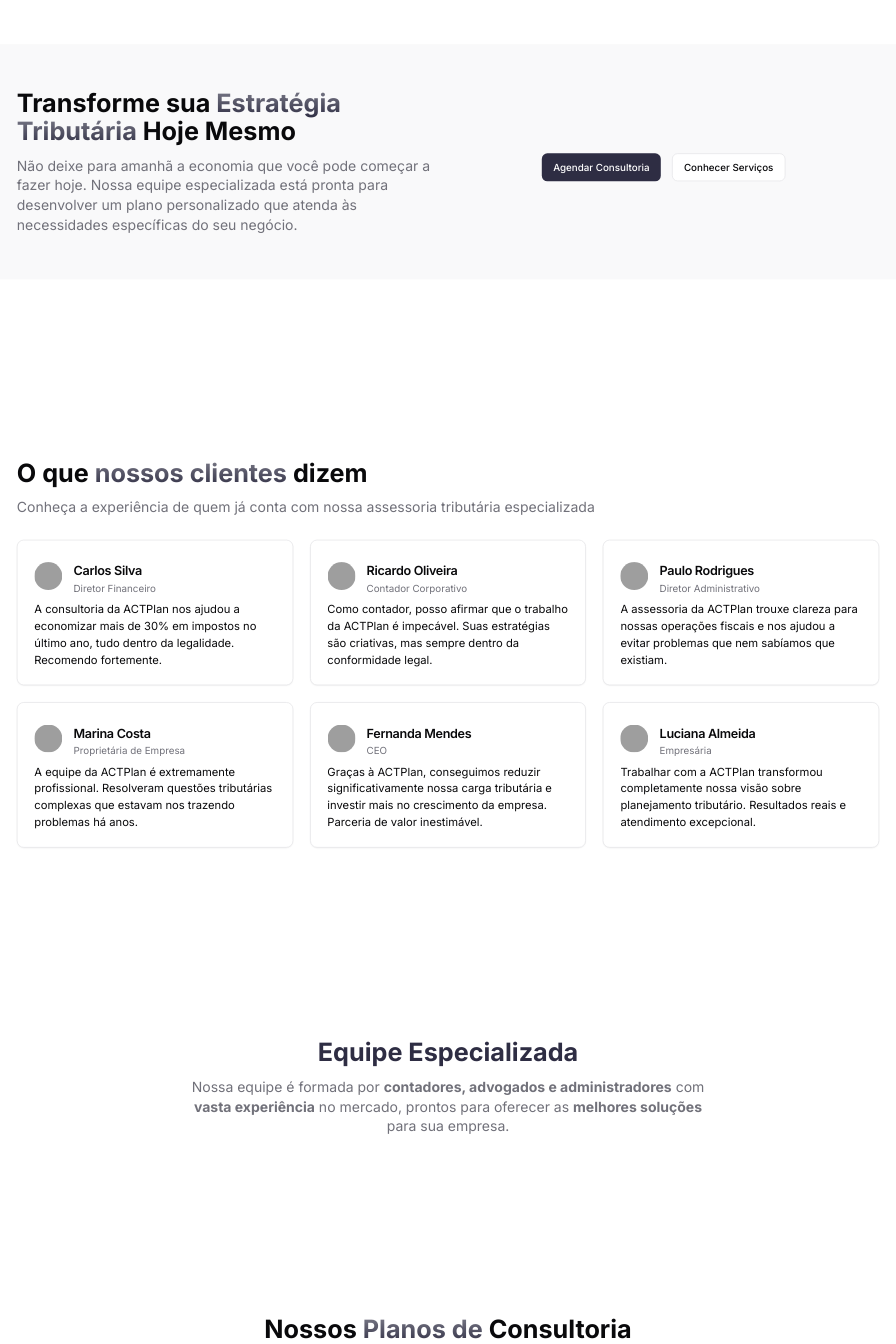
Repository: xoiurp/actplan-landing-page
Page: / (app in shadcn-landing-page-main/)
An editor plug-in stored every save of this project. The page is shown before and after a run of saves, followed by the edit.
The browser window is 1280 px wide. The pictures show the part of the page from y = 4580 to 6500 px (the page is 8630 px tall before and 8602 px after), at 70% of full size.
Pictures or frames that could not be fetched are drawn as grey boxes. The project was rebuilt for these pictures with package versions that can differ from the ones it lists, and the page was loaded fresh each time. Also part of the build but not shown: shadcn-landing-page-main/vite.config.ts.

Above is the page before, as saved 2025-06-24 17:35:47.

### shadcn-landing-page-main/index.html
<!DOCTYPE html>
<html lang="en">
  <head>
    <meta charset="UTF-8" />
    <link
      rel="icon"
      type="image/svg+xml"
      href="/src/assets/fav-icon.svg"
    />
    <!-- href="/vite.svg" -->
    <meta
      name="viewport"
      content="width=device-width, initial-scale=1.0"
    />
    <link rel="preconnect" href="https://fonts.googleapis.com">
    <link rel="preconnect" href="https://fonts.gstatic.com" crossorigin>
    <link href="https://fonts.googleapis.com/css2?family=Inter:wght@100..900&display=swap" rel="stylesheet">

    <!-- Primary Meta Tags -->
    <title>ACTPlan - Assessoria Tributária Especializada</title>
    <meta
      name="title"
      content="ACTPlan - Assessoria Tributária Especializada"
    />
    <meta
      name="description"
      content="Maximize a eficiência tributária do seu negócio com nossa assessoria especializada. Otimize seus impostos com segurança e conformidade legal."
    />
    <meta
      name="keywords"
      content="assessoria tributária, planejamento tributário, consultoria fiscal, economia de impostos, regularização tributária, defesa tributária"
    />
    <!-- Open Graph / Facebook -->
    <meta
      property="og:type"
      content="website"
    />
    <meta
      property="og:url"
      content="https://actplanconcetoria.com"
    />
    <meta
      property="og:title"
      content="ACTPlan - Assessoria Tributária Especializada"
    />
    <meta
      property="og:description"
      content="Maximize a eficiência tributária do seu negócio com nossa assessoria especializada. Otimize seus impostos com segurança e conformidade legal."
    />
    <meta
      property="og:image"
      content="https://actplanconcetoria.com/og-image.jpg"
    />

    <!-- Twitter -->
    <meta
      name="twitter:card"
      content="summary_large_image"
    />

    <meta
      name="twitter:url"
      content="https://actplanconcetoria.com"
    />
    <meta
      name="twitter:title"
      content="ACTPlan - Assessoria Tributária Especializada"
    />
    <meta
      name="twitter:description"
      content="Maximize a eficiência tributária do seu negócio com nossa assessoria especializada. Otimize seus impostos com segurança e conformidade legal."
    />
    <meta
      name="twitter:image"
      content="https://actplanconcetoria.com/og-image.jpg"
    />
  </head>
  <body>
    <div id="root"></div>
    <script
      type="module"
      src="/src/main.tsx"
    ></script>
  </body>
</html>

### shadcn-landing-page-main/src/App.tsx
import { About } from "./components/About";
import { Cta } from "./components/Cta";
import { FAQ } from "./components/FAQ";
import { Features } from "./components/Features";
import { Footer } from "./components/Footer";
import { Hero } from "./components/Hero";
import { HowItWorks } from "./components/HowItWorks";
import { Navbar } from "./components/Navbar";
import { Newsletter } from "./components/Newsletter";
import { Pricing } from "./components/Pricing";
import { ScrollToTop } from "./components/ScrollToTop";
import { Services } from "./components/Services";
import { Sponsors } from "./components/Sponsors";
import { Team } from "./components/Team";
import { Testimonials } from "./components/Testimonials";
import "./App.css";

function App() {
  return (
    <>
      <div className="bg-gradient-to-b from-white to-[#E9E9E9]">
        <Navbar />
        <Hero />
      </div>
      <Sponsors />
      <About />
      <HowItWorks />
      <Features />
      <Services />
      <Cta />
      <Testimonials />
      <Team />
      <Pricing />
      <Newsletter />
      <FAQ />
      <Footer />
      <ScrollToTop />
    </>
  );
}

export default App;

### shadcn-landing-page-main/src/index.css
html {
  scroll-behavior: smooth;
  font-family: 'Inter', sans-serif;
}

body {
  font-family: 'Inter', sans-serif;
}

### shadcn-landing-page-main/src/components/Cta.tsx
import { Button } from "./ui/button";

export const Cta = () => {
  return (
    <section
      id="cta"
      className="bg-muted/50 py-16 my-24 sm:my-32"
    >
      <div className="container lg:grid lg:grid-cols-2 place-items-center">
        <div className="lg:col-start-1">
          <h2 className="text-3xl md:text-4xl font-bold ">
            Transforme sua
            <span className="bg-gradient-to-b from-primary/60 to-primary text-transparent bg-clip-text">
              {" "}
              Estratégia Tributária{" "}
            </span>
            Hoje Mesmo
          </h2>
          <p className="text-muted-foreground text-xl mt-4 mb-8 lg:mb-0">
            Não deixe para amanhã a economia que você pode começar a fazer hoje. Nossa equipe especializada está pronta para desenvolver um plano personalizado que atenda às necessidades específicas do seu negócio.
          </p>
        </div>

        <div className="space-y-4 lg:col-start-2">
          <Button className="w-full md:mr-4 md:w-auto">Agendar Consultoria</Button>
          <Button
            variant="outline"
            className="w-full md:w-auto"
          >
            Conhecer Serviços
          </Button>
        </div>
      </div>
    </section>
  );
};

### shadcn-landing-page-main/src/components/Hero.tsx
import { Button } from "./ui/button";
import { HeroCards } from "./HeroCards";
import { Input } from "./ui/input";

export const Hero = () => {
  return (
    <section className="container flex flex-col lg:flex-row items-center justify-between py-20 md:py-32 gap-10 relative overflow-hidden">
      <div className="text-center lg:text-start space-y-6 lg:max-w-[45%]">
        <main className="text-5xl md:text-6xl font-extrabold">
          <h1 className="text-primary">
            Qual é o seu plano para sobreviver?
          </h1>
        </main>

        <p className="text-xl text-muted-foreground md:w-10/12 mx-auto lg:mx-0">
          Em um cenário de alta carga tributária no Brasil, conte com nossa assessoria especializada para maximizar a eficiência tributária da sua empresa, garantindo conformidade legal e economia inteligente.
        </p>

        <div className="flex flex-col md:flex-row items-center gap-2 mt-8 w-full md:w-4/5">
          <div className="relative w-full">
            <Input
              type="email"
              placeholder="Seu melhor e-mail"
              className="pr-32 h-12 bg-background border-muted-foreground/20"
            />
            <Button className="absolute right-0 top-0 h-12 rounded-l-none">
              Enviar
            </Button>
          </div>
        </div>

        <div className="pt-2">
          <a
            rel="noreferrer noopener"
            href="#about"
            className="text-sm text-muted-foreground hover:text-primary transition-colors"
          >
            Ou conheça mais sobre nossos serviços
          </a>
        </div>
      </div>

      {/* Hero cards sections */}
      <div className="z-10 relative lg:max-w-[55%]">
        <HeroCards />
      </div>

      {/* Background grid pattern */}
      <div className="absolute top-0 left-0 w-full h-full -z-20 opacity-5">
        <div className="w-full h-full grid grid-cols-12 grid-rows-12 gap-4">
          {Array.from({ length: 144 }).map((_, i) => (
            <div key={i} className="border border-primary/30 rounded-sm"></div>
          ))}
        </div>
      </div>
    </section>
  );
};

### shadcn-landing-page-main/src/components/Newsletter.tsx
import { Button } from "./ui/button";
import { Input } from "./ui/input";

export const Newsletter = () => {
  const handleSubmit = (e: any) => {
    e.preventDefault();
    console.log("Subscribed!");
  };

  return (
    <section id="newsletter">
      <hr className="w-11/12 mx-auto" />

      <div className="container py-24 sm:py-32">
        <h3 className="text-center text-4xl md:text-5xl font-bold">
          Receba Nossas{" "}
          <span className="bg-gradient-to-b from-primary/60 to-primary text-transparent bg-clip-text">
            Atualizações
          </span>
        </h3>
        <p className="text-xl text-muted-foreground text-center mt-4 mb-8">
          Fique por dentro das novidades fiscais e oportunidades de economia tributária.
        </p>

        <form
          className="flex flex-col w-full md:flex-row md:w-6/12 lg:w-4/12 mx-auto gap-4 md:gap-2"
          onSubmit={handleSubmit}
        >
          <Input
            placeholder="seuemail@empresa.com.br"
            className="bg-muted/50 dark:bg-muted/80 "
            aria-label="email"
          />
          <Button>Inscrever-se</Button>
        </form>
      </div>

      <hr className="w-11/12 mx-auto" />
    </section>
  );
};

### shadcn-landing-page-main/src/components/ScrollToTop.tsx
import { useState, useEffect } from "react";
import { Button } from "./ui/button";
import { ArrowUpToLine } from "lucide-react";

export const ScrollToTop = () => {
  const [showTopBtn, setShowTopBtn] = useState(false);

  useEffect(() => {
    window.addEventListener("scroll", () => {
      if (window.scrollY > 400) {
        setShowTopBtn(true);
      } else {
        setShowTopBtn(false);
      }
    });
  }, []);

  const goToTop = () => {
    window.scroll({
      top: 0,
      left: 0,
    });
  };

  return (
    <>
      {showTopBtn && (
        <Button
          onClick={goToTop}
          className="fixed bottom-4 right-4 opacity-90 shadow-md"
          size="icon"
        >
          <ArrowUpToLine className="h-4 w-4" />
        </Button>
      )}
    </>
  );
};

### shadcn-landing-page-main/src/components/Sponsors.tsx
import { Shield, Scale, CheckCircle, Heart } from "lucide-react";

interface ValueProps {
  icon: JSX.Element;
  name: string;
}

const values: ValueProps[] = [
  {
    icon: <Shield size={34} />,
    name: "Transparência",
  },
  {
    icon: <CheckCircle size={34} />,
    name: "Excelência",
  },
  {
    icon: <Scale size={34} />,
    name: "Compromisso",
  },
  {
    icon: <Heart size={34} />,
    name: "Foco no Cliente",
  },
];

export const Sponsors = () => {
  return (
    <section
      id="values"
      className="container pt-24 sm:py-32"
    >
      <h2 className="text-center text-md lg:text-xl font-bold mb-8 text-primary">
        Nossos Valores
      </h2>

      <div className="flex flex-wrap justify-center items-center gap-4 md:gap-8">
        {values.map(({ icon, name }: ValueProps) => (
          <div
            key={name}
            className="flex items-center gap-1 text-muted-foreground/60"
          >
            <span>{icon}</span>
            <h3 className="text-xl font-bold">{name}</h3>
          </div>
        ))}
      </div>
    </section>
  );
};

### shadcn-landing-page-main/src/components/Team.tsx
export const Team = () => {
  return (
    <section
      id="team"
      className="container py-24 sm:py-32"
    >
      <h2 className="text-3xl md:text-4xl font-bold text-primary text-center">
        Equipe Especializada
      </h2>

      <p className="text-xl text-muted-foreground mt-4 max-w-3xl mx-auto text-center">
        Nossa equipe é formada por <strong>contadores, advogados e administradores</strong> com <strong>vasta experiência</strong> no mercado, prontos para oferecer as <strong>melhores soluções</strong> para sua empresa.
      </p>
    </section>
  );
};

### shadcn-landing-page-main/src/components/ui/card.tsx
import * as React from "react"

import { cn } from "@/lib/utils"

const Card = React.forwardRef<
  HTMLDivElement,
  React.HTMLAttributes<HTMLDivElement>
>(({ className, ...props }, ref) => (
  <div
    ref={ref}
    className={cn(
      "rounded-lg border bg-card text-card-foreground shadow-sm",
      className
    )}
    {...props}
  />
))
Card.displayName = "Card"

const CardHeader = React.forwardRef<
  HTMLDivElement,
  React.HTMLAttributes<HTMLDivElement>
>(({ className, ...props }, ref) => (
  <div
    ref={ref}
    className={cn("flex flex-col space-y-1.5 p-6", className)}
    {...props}
  />
))
CardHeader.displayName = "CardHeader"

const CardTitle = React.forwardRef<
  HTMLParagraphElement,
  React.HTMLAttributes<HTMLHeadingElement>
>(({ className, ...props }, ref) => (
  <h3
    ref={ref}
    className={cn(
      "text-2xl font-semibold leading-none tracking-tight",
      className
    )}
    {...props}
  />
))
CardTitle.displayName = "CardTitle"

const CardDescription = React.forwardRef<
  HTMLParagraphElement,
  React.HTMLAttributes<HTMLParagraphElement>
>(({ className, ...props }, ref) => (
  <p
    ref={ref}
    className={cn("text-sm text-muted-foreground", className)}
    {...props}
  />
))
CardDescription.displayName = "CardDescription"

const CardContent = React.forwardRef<
  HTMLDivElement,
  React.HTMLAttributes<HTMLDivElement>
>(({ className, ...props }, ref) => (
  <div ref={ref} className={cn("p-6 pt-0", className)} {...props} />
))
CardContent.displayName = "CardContent"

const CardFooter = React.forwardRef<
  HTMLDivElement,
  React.HTMLAttributes<HTMLDivElement>
>(({ className, ...props }, ref) => (
  <div
    ref={ref}
    className={cn("flex items-center p-6 pt-0", className)}
    {...props}
  />
))
CardFooter.displayName = "CardFooter"

export { Card, CardHeader, CardFooter, CardTitle, CardDescription, CardContent }

### shadcn-landing-page-main/src/components/ui/button.tsx
import * as React from "react"
import { Slot } from "@radix-ui/react-slot"
import { cva, type VariantProps } from "class-variance-authority"

import { cn } from "@/lib/utils"

const buttonVariants = cva(
  "inline-flex items-center justify-center whitespace-nowrap rounded-md text-sm font-medium ring-offset-background transition-colors focus-visible:outline-none focus-visible:ring-2 focus-visible:ring-ring focus-visible:ring-offset-2 disabled:pointer-events-none disabled:opacity-50",
  {
    variants: {
      variant: {
        default: "bg-primary text-primary-foreground hover:bg-primary/90",
        destructive:
          "bg-destructive text-destructive-foreground hover:bg-destructive/90",
        outline:
          "border border-input bg-background hover:bg-accent hover:text-accent-foreground",
        secondary:
          "bg-secondary text-secondary-foreground hover:bg-secondary/80",
        ghost: "hover:bg-accent hover:text-accent-foreground",
        link: "text-primary underline-offset-4 hover:underline",
      },
      size: {
        default: "h-10 px-4 py-2",
        sm: "h-9 rounded-md px-3",
        lg: "h-11 rounded-md px-8",
        icon: "h-10 w-10",
      },
    },
    defaultVariants: {
      variant: "default",
      size: "default",
    },
  }
)

export interface ButtonProps
  extends React.ButtonHTMLAttributes<HTMLButtonElement>,
    VariantProps<typeof buttonVariants> {
  asChild?: boolean
}

const Button = React.forwardRef<HTMLButtonElement, ButtonProps>(
  ({ className, variant, size, asChild = false, ...props }, ref) => {
    const Comp = asChild ? Slot : "button"
    return (
      <Comp
        className={cn(buttonVariants({ variant, size, className }))}
        ref={ref}
        {...props}
      />
    )
  }
)
Button.displayName = "Button"

export { Button, buttonVariants }

### shadcn-landing-page-main/src/components/ui/accordion.tsx
import * as React from "react";
import * as AccordionPrimitive from "@radix-ui/react-accordion";
import { ChevronDown } from "lucide-react";

import { cn } from "@/lib/utils";

const Accordion = AccordionPrimitive.Root;

const AccordionItem = React.forwardRef<
  React.ElementRef<typeof AccordionPrimitive.Item>,
  React.ComponentPropsWithoutRef<typeof AccordionPrimitive.Item>
>(({ className, ...props }, ref) => (
  <AccordionPrimitive.Item
    ref={ref}
    className={cn("border-b", className)}
    {...props}
  />
));
AccordionItem.displayName = "AccordionItem";

const AccordionTrigger = React.forwardRef<
  React.ElementRef<typeof AccordionPrimitive.Trigger>,
  React.ComponentPropsWithoutRef<typeof AccordionPrimitive.Trigger>
>(({ className, children, ...props }, ref) => (
  <AccordionPrimitive.Header className="flex">
    <AccordionPrimitive.Trigger
      ref={ref}
      className={cn(
        "flex flex-1 items-center justify-between py-4 font-medium transition-all hover:underline [&[data-state=open]>svg]:rotate-180",
        className
      )}
      {...props}
    >
      {children}
      <ChevronDown className="h-4 w-4 shrink-0 transition-transform duration-200" />
    </AccordionPrimitive.Trigger>
  </AccordionPrimitive.Header>
));
AccordionTrigger.displayName = AccordionPrimitive.Trigger.displayName;

const AccordionContent = React.forwardRef<
  React.ElementRef<typeof AccordionPrimitive.Content>,
  React.ComponentPropsWithoutRef<typeof AccordionPrimitive.Content>
>(({ className, children, ...props }, ref) => (
  <AccordionPrimitive.Content
    ref={ref}
    className="overflow-hidden text-sm transition-all data-[state=closed]:animate-accordion-up data-[state=open]:animate-accordion-down"
    {...props}
  >
    <div
      className={cn("pb-4 pt-0 text-muted-foreground text-[16px]", className)}
    >
      {children}
    </div>
  </AccordionPrimitive.Content>
));

AccordionContent.displayName = AccordionPrimitive.Content.displayName;

export { Accordion, AccordionItem, AccordionTrigger, AccordionContent };

### shadcn-landing-page-main/src/components/ui/badge.tsx
import * as React from "react"
import { cva, type VariantProps } from "class-variance-authority"

import { cn } from "@/lib/utils"

const badgeVariants = cva(
  "inline-flex items-center rounded-full border px-2.5 py-0.5 text-xs font-semibold transition-colors focus:outline-none focus:ring-2 focus:ring-ring focus:ring-offset-2",
  {
    variants: {
      variant: {
        default:
          "border-transparent bg-primary text-primary-foreground hover:bg-primary/80",
        secondary:
          "border-transparent bg-secondary text-secondary-foreground hover:bg-secondary/80",
        destructive:
          "border-transparent bg-destructive text-destructive-foreground hover:bg-destructive/80",
        outline: "text-foreground",
      },
    },
    defaultVariants: {
      variant: "default",
    },
  }
)

export interface BadgeProps
  extends React.HTMLAttributes<HTMLDivElement>,
    VariantProps<typeof badgeVariants> {}

function Badge({ className, variant, ...props }: BadgeProps) {
  return (
    <div className={cn(badgeVariants({ variant }), className)} {...props} />
  )
}

export { Badge, badgeVariants }

### shadcn-landing-page-main/src/components/ui/input.tsx
import * as React from "react"

import { cn } from "@/lib/utils"

export interface InputProps
  extends React.InputHTMLAttributes<HTMLInputElement> {}

const Input = React.forwardRef<HTMLInputElement, InputProps>(
  ({ className, type, ...props }, ref) => {
    return (
      <input
        type={type}
        className={cn(
          "flex h-10 w-full rounded-md border border-input bg-background px-3 py-2 text-sm ring-offset-background file:border-0 file:bg-transparent file:text-sm file:font-medium placeholder:text-muted-foreground focus-visible:outline-none focus-visible:ring-2 focus-visible:ring-ring focus-visible:ring-offset-2 disabled:cursor-not-allowed disabled:opacity-50",
          className
        )}
        ref={ref}
        {...props}
      />
    )
  }
)
Input.displayName = "Input"

export { Input }

### shadcn-landing-page-main/src/components/ui/avatar.tsx
import * as React from "react";
import * as AvatarPrimitive from "@radix-ui/react-avatar";

import { cn } from "@/lib/utils";

const Avatar = React.forwardRef<
  React.ElementRef<typeof AvatarPrimitive.Root>,
  React.ComponentPropsWithoutRef<typeof AvatarPrimitive.Root>
>(({ className, ...props }, ref) => (
  <AvatarPrimitive.Root
    ref={ref}
    className={cn(
      "relative flex h-10 w-10 shrink-0 overflow-hidden rounded-full",
      className
    )}
    {...props}
  />
));
Avatar.displayName = AvatarPrimitive.Root.displayName;

const AvatarImage = React.forwardRef<
  React.ElementRef<typeof AvatarPrimitive.Image>,
  React.ComponentPropsWithoutRef<typeof AvatarPrimitive.Image>
>(({ className, ...props }, ref) => (
  <AvatarPrimitive.Image
    ref={ref}
    className={cn("aspect-square h-full w-full", className)}
    {...props}
  />
));
AvatarImage.displayName = AvatarPrimitive.Image.displayName;

const AvatarFallback = React.forwardRef<
  React.ElementRef<typeof AvatarPrimitive.Fallback>,
  React.ComponentPropsWithoutRef<typeof AvatarPrimitive.Fallback>
>(({ className, ...props }, ref) => (
  <AvatarPrimitive.Fallback
    ref={ref}
    className={cn(
      "flex h-full w-full items-center justify-center rounded-full bg-muted",
      className
    )}
    {...props}
  />
));
AvatarFallback.displayName = AvatarPrimitive.Fallback.displayName;

export { Avatar, AvatarImage, AvatarFallback };

Loaded but not shown: shadcn-landing-page-main/src/main.tsx (common file); shadcn-landing-page-main/src/lib/utils.ts (common file); shadcn-landing-page-main/tailwind.config.js (78 lines, source omitted); shadcn-landing-page-main/src/components/Icons.tsx (664 lines, source omitted); shadcn-landing-page-main/src/components/About.tsx (153 lines, source omitted); shadcn-landing-page-main/src/components/LogoActplan.tsx (65 lines, source omitted); shadcn-landing-page-main/src/components/ui/navigation-menu.tsx (128 lines, source omitted); shadcn-landing-page-main/src/components/HeroCards.tsx (123 lines, source omitted); shadcn-landing-page-main/src/components/ui/sheet.tsx (138 lines, source omitted); shadcn-landing-page-main/src/components/Pricing.tsx (146 lines, source omitted); shadcn-landing-page-main/src/App.css (139 lines, source omitted); shadcn-landing-page-main/src/components/Footer.tsx (132 lines, source omitted); shadcn-landing-page-main/src/components/Navbar.tsx (127 lines, source omitted); shadcn-landing-page-main/src/components/Testimonials.tsx (104 lines, source omitted); shadcn-landing-page-main/src/components/Services.tsx (81 lines, source omitted); shadcn-landing-page-main/src/components/Features.tsx (104 lines, source omitted); shadcn-landing-page-main/src/components/FAQ.tsx (86 lines, source omitted); shadcn-landing-page-main/src/components/HowItWorks.tsx (72 lines, source omitted)

After the next 3 saves:
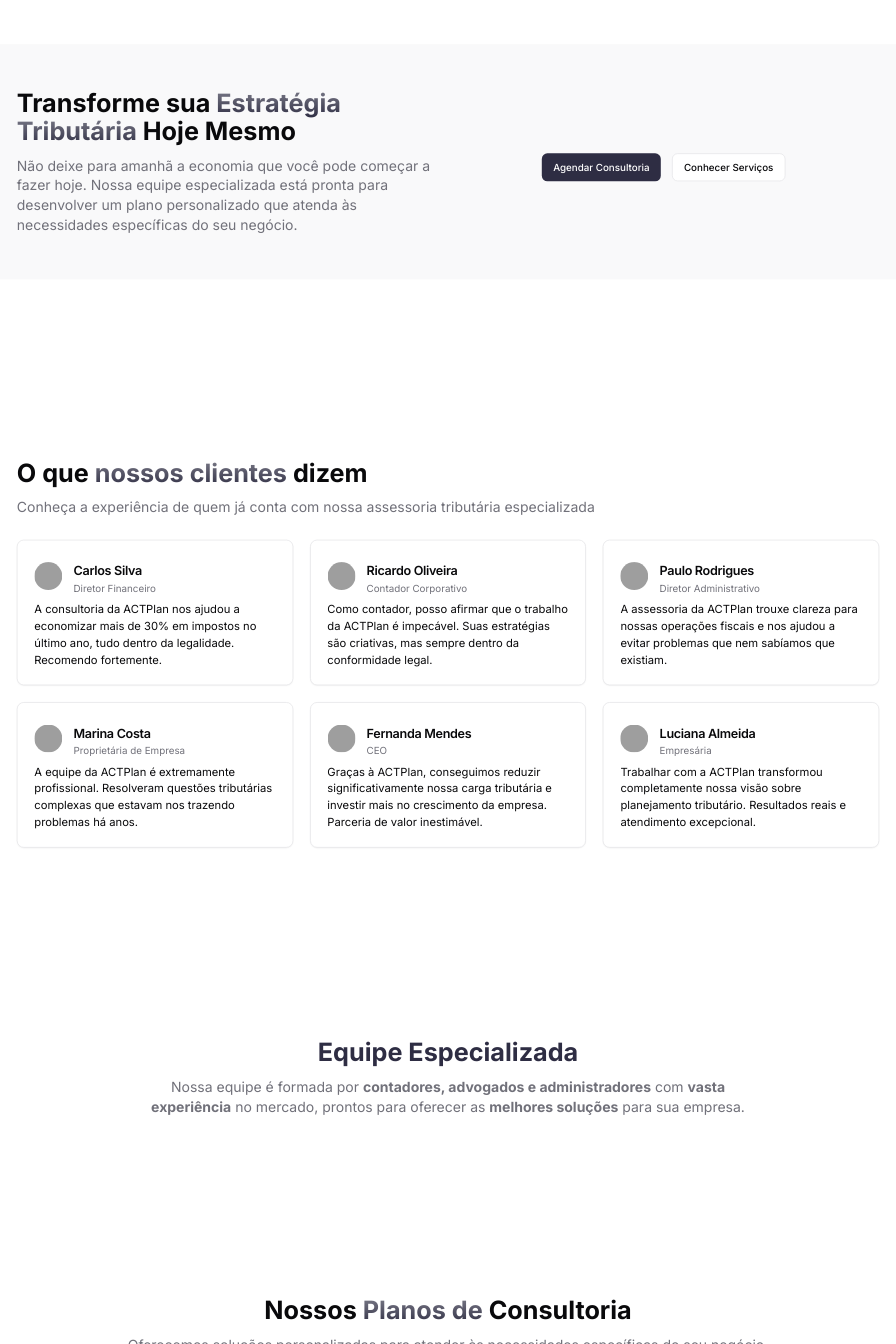
The 3 saves are shown as one change because they came seconds apart.
The last was saved 14 s later.
--- a/shadcn-landing-page-main/src/components/Team.tsx
+++ b/shadcn-landing-page-main/src/components/Team.tsx
@@ -8,7 +8,7 @@ export const Team = () => {
         Equipe Especializada
       </h2>
 
-      <p className="text-xl text-muted-foreground mt-4 max-w-3xl mx-auto text-center">
+      <p className="text-xl text-muted-foreground mt-4 max-w-4xl mx-auto text-center">
         Nossa equipe é formada por <strong>contadores, advogados e administradores</strong> com <strong>vasta experiência</strong> no mercado, prontos para oferecer as <strong>melhores soluções</strong> para sua empresa.
       </p>
     </section>
